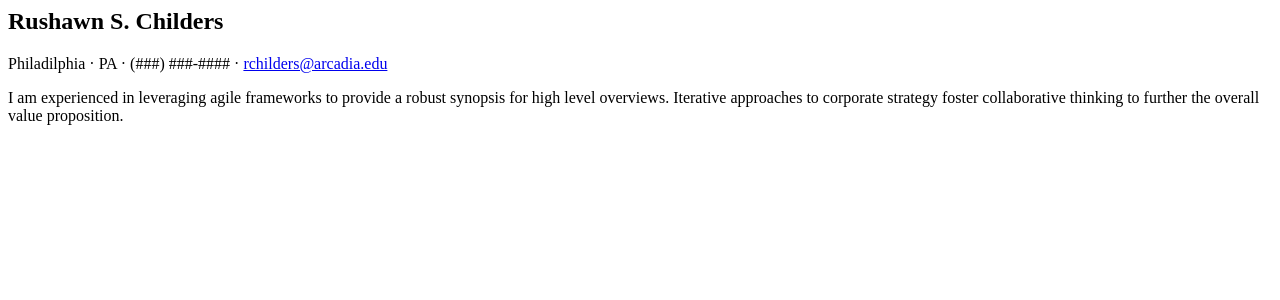
Repository: rchilders4/rchilders4.github.io
Page: RChilders/_includes/info.html
The author's editor kept a record of every edit. The page is drawn from the files as they stood at one moment, then again after the next edit.
The browser window is 1280 px wide. The pictures show the whole page.

Above is the page before.

After the next edit:
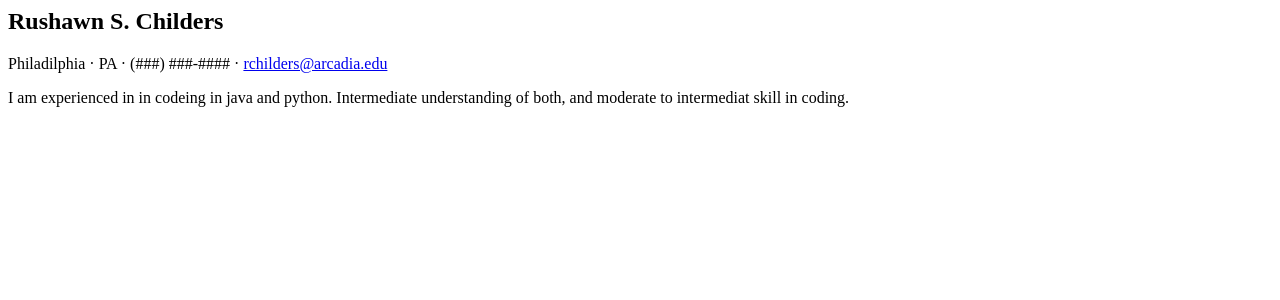
The edit:
--- a/RChilders/_includes/info.html
+++ b/RChilders/_includes/info.html
@@ -6,7 +6,7 @@
         <div class="subheading mb-5">Philadilphia · PA · (###) ###-#### ·
           <a href="mailto:name@email.com">rchilders@arcadia.edu</a>
         </div>
-        <p class="lead mb-5">I am experienced in leveraging agile frameworks to provide a robust synopsis for high level overviews. Iterative approaches to corporate strategy foster collaborative thinking to further the overall value proposition.</p>
+        <p class="lead mb-5">I am experienced in in codeing in java and python. Intermediate understanding of both, and moderate to intermediat skill in coding.</p>
         <div class="social-icons">
           <a href="#">
             <i class="fab fa-linkedin-in"></i>
